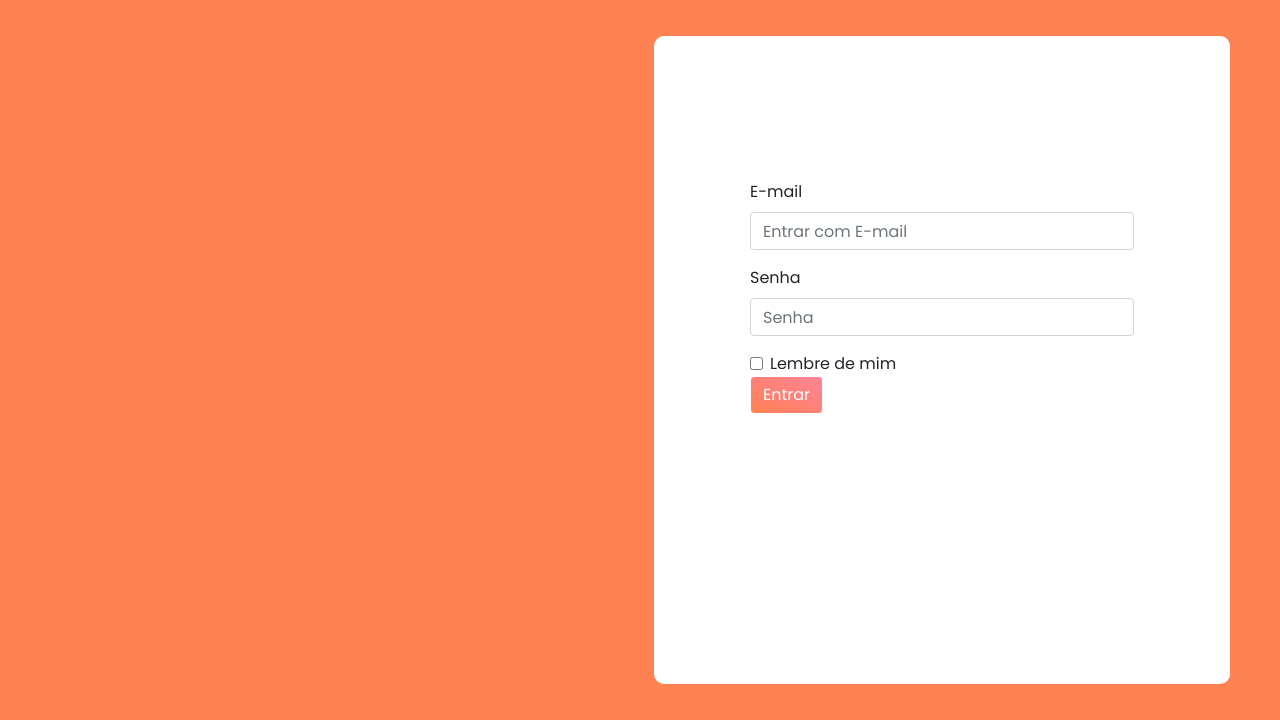
Repository: MilenaMelo/WebSite-PetCheers
Page: /login
An editor plug-in stored every save of this project. The page is shown before and after the next save, followed by the edit.
The browser window is 1280 px wide. The pictures show the whole page.
The project was rebuilt for these pictures with package versions that can differ from the ones it lists, and the page was loaded fresh each time.

Above is the page before, as saved 2020-08-20 16:10:05.

After the next save:
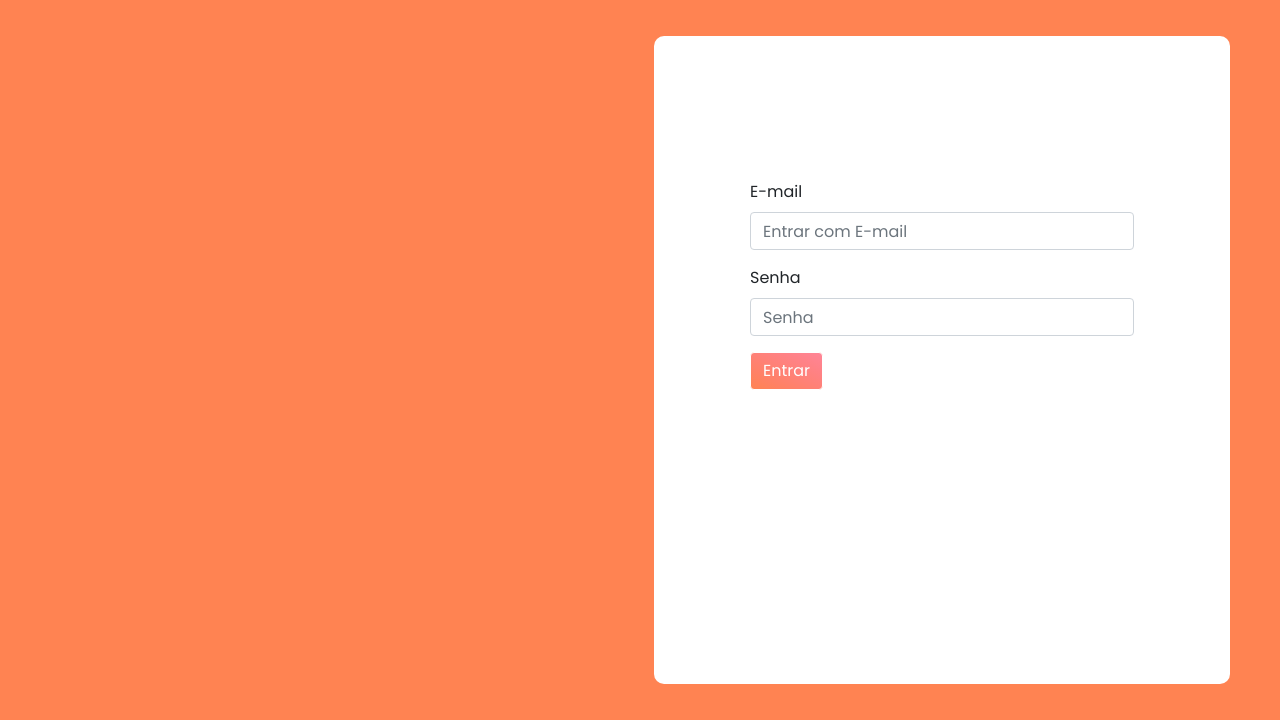
Saved 78 s later.
--- a/src/pages/login/Login.vue
+++ b/src/pages/login/Login.vue
@@ -25,10 +25,6 @@
             id="exampleInputPassword1"
             placeholder="Senha"
           />
-        </div>
-        <div class="form-check">
-          <input type="checkbox" class="form-check-input" id="exampleCheck1" />
-          <label class="form-check-label" for="exampleCheck1">Lembre de mim</label>
         </div>
         <button type="submit" class="btn btn-primary">Entrar</button>
       </form>
